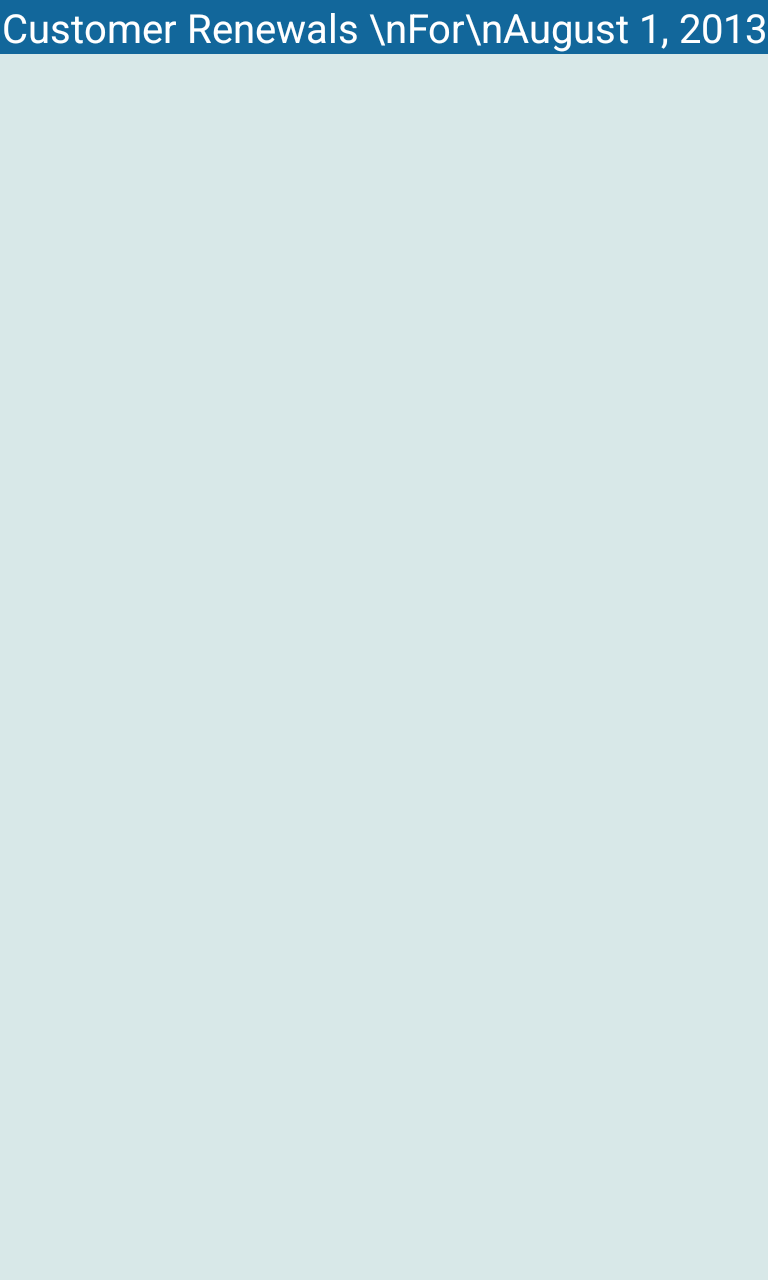
Repository: jemcphe/XCell
Layout: XCell/res/layout/frag_renewals.xml
An editor plug-in stored every save of this project. The layout is shown before and after the next save, followed by the edit.
It is drawn on a 768 x 1280 px phone screen (xhdpi) without system bars, with theme Theme.Xcell; the app's code is not run.

Above is the layout before, as saved 2013-08-15 16:09:01.

### XCell/res/layout/frag_renewals.xml
<?xml version="1.0" encoding="utf-8"?>
<LinearLayout xmlns:android="http://schemas.android.com/apk/res/android"
    android:id="@+id/frag_renewals"
    android:layout_width="match_parent"
    android:layout_height="match_parent"
    android:background="@color/background_xcell"
    android:orientation="vertical" >

    <TextView
        android:layout_width="fill_parent"
        android:layout_height="wrap_content"
        android:gravity="center"
        android:text="Customer Renewals \nFor\nAugust 1, 2013"
        android:textSize="20sp"
        android:textColor="#fff"
        android:background="@color/xcell_blue"/>

    <TextView
        android:layout_width="fill_parent"
        android:layout_height="wrap_content"
        android:gravity="center"
        android:textSize="115sp" />

</LinearLayout>

### XCell/res/values/styles_xcell.xml
<?xml version="1.0" encoding="utf-8"?>

<resources>

    <style name="Theme.Xcell" parent="@android:style/Theme.Holo.Light">
        <item name="android:actionBarItemBackground">@drawable/selectable_background_xcell</item>
        <item name="android:popupMenuStyle">@style/PopupMenu.Xcell</item>
        <item name="android:dropDownListViewStyle">@style/DropDownListView.Xcell</item>
        <item name="android:actionBarTabStyle">@style/ActionBarTabStyle.Xcell</item>
        <item name="android:actionDropDownStyle">@style/DropDownNav.Xcell</item>
        <item name="android:actionBarStyle">@style/ActionBar.Solid.Xcell</item>
        <item name="android:actionModeBackground">@drawable/cab_background_top_xcell</item>
        <item name="android:actionModeSplitBackground">@drawable/cab_background_bottom_xcell</item>
        <item name="android:actionModeCloseButtonStyle">@style/ActionButton.CloseMode.Xcell</item>


    </style>

    <style name="ActionBar.Solid.Xcell" parent="@android:style/Widget.Holo.Light.ActionBar.Solid">
        <item name="android:background">@drawable/ab_background_textured_xcell</item>
        <item name="android:backgroundStacked">@drawable/ab_stacked_solid_xcell</item>
        <item name="android:backgroundSplit">@drawable/ab_background_textured_xcell</item>
        <item name="android:progressBarStyle">@style/ProgressBar.Xcell</item>
    </style>

    <style name="ActionBar.Transparent.Xcell" parent="@android:style/Widget.Holo.Light.ActionBar">
        <item name="android:background">@drawable/ab_transparent_xcell</item>
        <item name="android:progressBarStyle">@style/ProgressBar.Xcell</item>
    </style>

    <style name="PopupMenu.Xcell" parent="@android:style/Widget.Holo.Light.ListPopupWindow">
        <item name="android:popupBackground">@drawable/menu_dropdown_panel_xcell</item>
    </style>

    <style name="DropDownListView.Xcell" parent="@android:style/Widget.Holo.Light.ListView.DropDown">
        <item name="android:listSelector">@drawable/selectable_background_xcell</item>
    </style>

    <style name="ActionBarTabStyle.Xcell" parent="@android:style/Widget.Holo.Light.ActionBar.TabView">
        <item name="android:background">@drawable/tab_indicator_ab_xcell</item>
    </style>

    <style name="DropDownNav.Xcell" parent="@android:style/Widget.Holo.Light.Spinner">
        <item name="android:background">@drawable/spinner_background_ab_xcell</item>
        <item name="android:popupBackground">@drawable/menu_dropdown_panel_xcell</item>
        <item name="android:dropDownSelector">@drawable/selectable_background_xcell</item>
    </style>

    <style name="ProgressBar.Xcell" parent="@android:style/Widget.Holo.Light.ProgressBar.Horizontal">
        <item name="android:progressDrawable">@drawable/progress_horizontal_xcell</item>
    </style>

    <style name="ActionButton.CloseMode.Xcell" parent="@android:style/Widget.Holo.Light.ActionButton.CloseMode">
        <item name="android:background">@drawable/btn_cab_done_xcell</item>
    </style>

    <!-- this style is only referenced in a Light.DarkActionBar based theme -->
    <style name="Theme.Xcell.Widget" parent="@android:style/Theme.Holo">
        <item name="android:popupMenuStyle">@style/PopupMenu.Xcell</item>
        <item name="android:dropDownListViewStyle">@style/DropDownListView.Xcell</item>
    </style>

</resources>

### XCell/res/drawable/selectable_background_xcell.xml
<?xml version="1.0" encoding="utf-8"?>
<!-- File created by the Android Action Bar Style Generator

     Copyright (C) 2011 The Android Open Source Project
     Copyright (C) 2012 readyState Software Ltd

     Licensed under the Apache License, Version 2.0 (the "License");
     you may not use this file except in compliance with the License.
     You may obtain a copy of the License at

          http://www.apache.org/licenses/LICENSE-2.0

     Unless required by applicable law or agreed to in writing, software
     distributed under the License is distributed on an "AS IS" BASIS,
     WITHOUT WARRANTIES OR CONDITIONS OF ANY KIND, either express or implied.
     See the License for the specific language governing permissions and
     limitations under the License.
-->

<selector xmlns:android="http://schemas.android.com/apk/res/android"
        android:exitFadeDuration="@android:integer/config_mediumAnimTime" >
    <item android:state_pressed="false" android:state_focused="true" android:drawable="@drawable/list_focused_xcell" />
    <item android:state_pressed="true" android:drawable="@drawable/pressed_background_xcell" />
    <item android:drawable="@android:color/transparent" />
</selector>

### XCell/res/drawable/btn_cab_done_xcell.xml
<?xml version="1.0" encoding="utf-8"?>
<!-- File created by the Android Action Bar Style Generator

     Copyright (C) 2011 The Android Open Source Project
     Copyright (C) 2012 readyState Software Ltd

     Licensed under the Apache License, Version 2.0 (the "License");
     you may not use this file except in compliance with the License.
     You may obtain a copy of the License at

          http://www.apache.org/licenses/LICENSE-2.0

     Unless required by applicable law or agreed to in writing, software
     distributed under the License is distributed on an "AS IS" BASIS,
     WITHOUT WARRANTIES OR CONDITIONS OF ANY KIND, either express or implied.
     See the License for the specific language governing permissions and
     limitations under the License.
-->

<selector xmlns:android="http://schemas.android.com/apk/res/android">
    <item android:state_pressed="true"
        android:drawable="@drawable/btn_cab_done_pressed_xcell" />
    <item android:state_focused="true" android:state_enabled="true"
        android:drawable="@drawable/btn_cab_done_focused_xcell" />
    <item android:state_enabled="true"
        android:drawable="@drawable/btn_cab_done_default_xcell" />
</selector>

### XCell/res/drawable/ab_background_textured_xcell.xml
<?xml version="1.0" encoding="utf-8"?>
<!-- File created by the Android Action Bar Style Generator

     Copyright (C) 2012 readyState Software Ltd

     Licensed under the Apache License, Version 2.0 (the "License");
     you may not use this file except in compliance with the License.
     You may obtain a copy of the License at

          http://www.apache.org/licenses/LICENSE-2.0

     Unless required by applicable law or agreed to in writing, software
     distributed under the License is distributed on an "AS IS" BASIS,
     WITHOUT WARRANTIES OR CONDITIONS OF ANY KIND, either express or implied.
     See the License for the specific language governing permissions and
     limitations under the License.
-->

<bitmap xmlns:android="http://schemas.android.com/apk/res/android"
    android:src="@drawable/ab_texture_tile_xcell"
    android:tileMode="repeat" />

### XCell/res/drawable/progress_horizontal_xcell.xml
<?xml version="1.0" encoding="utf-8"?>
<!-- File created by the Android Action Bar Style Generator

     Copyright (C) 2011 The Android Open Source Project
     Copyright (C) 2012 readyState Software Ltd

     Licensed under the Apache License, Version 2.0 (the "License");
     you may not use this file except in compliance with the License.
     You may obtain a copy of the License at

          http://www.apache.org/licenses/LICENSE-2.0

     Unless required by applicable law or agreed to in writing, software
     distributed under the License is distributed on an "AS IS" BASIS,
     WITHOUT WARRANTIES OR CONDITIONS OF ANY KIND, either express or implied.
     See the License for the specific language governing permissions and
     limitations under the License.
-->

<layer-list xmlns:android="http://schemas.android.com/apk/res/android">

    <item android:id="@android:id/background"
          android:drawable="@drawable/progress_bg_xcell" />

    <item android:id="@android:id/secondaryProgress">
        <scale android:scaleWidth="100%"
               android:drawable="@drawable/progress_secondary_xcell" />
    </item>

    <item android:id="@android:id/progress">
        <scale android:scaleWidth="100%"
               android:drawable="@drawable/progress_primary_xcell" />
    </item>

</layer-list>

### XCell/res/drawable/spinner_background_ab_xcell.xml
<?xml version="1.0" encoding="utf-8"?>
<!-- File created by the Android Action Bar Style Generator

     Copyright (C) 2011 The Android Open Source Project
     Copyright (C) 2012 readyState Software Ltd

     Licensed under the Apache License, Version 2.0 (the "License");
     you may not use this file except in compliance with the License.
     You may obtain a copy of the License at

          http://www.apache.org/licenses/LICENSE-2.0

     Unless required by applicable law or agreed to in writing, software
     distributed under the License is distributed on an "AS IS" BASIS,
     WITHOUT WARRANTIES OR CONDITIONS OF ANY KIND, either express or implied.
     See the License for the specific language governing permissions and
     limitations under the License.
-->

<selector xmlns:android="http://schemas.android.com/apk/res/android">
    <item android:state_enabled="false"
        android:drawable="@drawable/spinner_ab_disabled_xcell" />
    <item android:state_pressed="true"
        android:drawable="@drawable/spinner_ab_pressed_xcell" />
    <item android:state_pressed="false" android:state_focused="true"
        android:drawable="@drawable/spinner_ab_focused_xcell" />
    <item android:drawable="@drawable/spinner_ab_default_xcell" />
</selector>

### XCell/res/drawable/tab_indicator_ab_xcell.xml
<?xml version="1.0" encoding="utf-8"?>
<!-- File created by the Android Action Bar Style Generator

     Copyright (C) 2011 The Android Open Source Project
     Copyright (C) 2012 readyState Software Ltd

     Licensed under the Apache License, Version 2.0 (the "License");
     you may not use this file except in compliance with the License.
     You may obtain a copy of the License at

          http://www.apache.org/licenses/LICENSE-2.0

     Unless required by applicable law or agreed to in writing, software
     distributed under the License is distributed on an "AS IS" BASIS,
     WITHOUT WARRANTIES OR CONDITIONS OF ANY KIND, either express or implied.
     See the License for the specific language governing permissions and
     limitations under the License.
-->

<selector xmlns:android="http://schemas.android.com/apk/res/android">
    <!-- Non focused states -->
    <item android:state_focused="false" android:state_selected="false" android:state_pressed="false" android:drawable="@android:color/transparent" />
    <item android:state_focused="false" android:state_selected="true"  android:state_pressed="false" android:drawable="@drawable/tab_selected_xcell" />

    <!-- Focused states -->
    <item android:state_focused="true" android:state_selected="false" android:state_pressed="false" android:drawable="@drawable/tab_unselected_focused_xcell" />
    <item android:state_focused="true" android:state_selected="true"  android:state_pressed="false" android:drawable="@drawable/tab_selected_focused_xcell" />

    <!-- Pressed -->
    <!--    Non focused states -->
    <item android:state_focused="false" android:state_selected="false" android:state_pressed="true" android:drawable="@drawable/tab_unselected_pressed_xcell" />
    <item android:state_focused="false" android:state_selected="true"  android:state_pressed="true" android:drawable="@drawable/tab_selected_pressed_xcell" />

    <!--    Focused states -->
    <item android:state_focused="true" android:state_selected="false" android:state_pressed="true" android:drawable="@drawable/tab_unselected_pressed_xcell" />
    <item android:state_focused="true" android:state_selected="true"  android:state_pressed="true" android:drawable="@drawable/tab_selected_pressed_xcell" />
</selector>

### XCell/res/drawable/pressed_background_xcell.xml
<?xml version="1.0" encoding="utf-8"?>
<!-- File created by the Android Action Bar Style Generator

     Copyright (C) 2011 The Android Open Source Project
     Copyright (C) 2012 readyState Software Ltd

     Licensed under the Apache License, Version 2.0 (the "License");
     you may not use this file except in compliance with the License.
     You may obtain a copy of the License at

          http://www.apache.org/licenses/LICENSE-2.0

     Unless required by applicable law or agreed to in writing, software
     distributed under the License is distributed on an "AS IS" BASIS,
     WITHOUT WARRANTIES OR CONDITIONS OF ANY KIND, either express or implied.
     See the License for the specific language governing permissions and
     limitations under the License.
-->

<shape xmlns:android="http://schemas.android.com/apk/res/android" android:shape="rectangle">
    <solid android:color="@color/pressed_xcell" />
</shape>

### XCell/res/values/colors_xcell.xml
<?xml version="1.0" encoding="utf-8"?>
<!-- File created by the Android Action Bar Style Generator

     Copyright (C) 2011 The Android Open Source Project
     Copyright (C) 2012 readyState Software Ltd

     Licensed under the Apache License, Version 2.0 (the "License");
     you may not use this file except in compliance with the License.
     You may obtain a copy of the License at

          http://www.apache.org/licenses/LICENSE-2.0

     Unless required by applicable law or agreed to in writing, software
     distributed under the License is distributed on an "AS IS" BASIS,
     WITHOUT WARRANTIES OR CONDITIONS OF ANY KIND, either express or implied.
     See the License for the specific language governing permissions and
     limitations under the License.
-->

<resources>
    <color name="pressed_xcell">#CC33B5E5</color>
    <color name="background_xcell">#d8e8e8</color>
    <color name="xcell_blue">#12679b</color>
</resources>

After the next save:
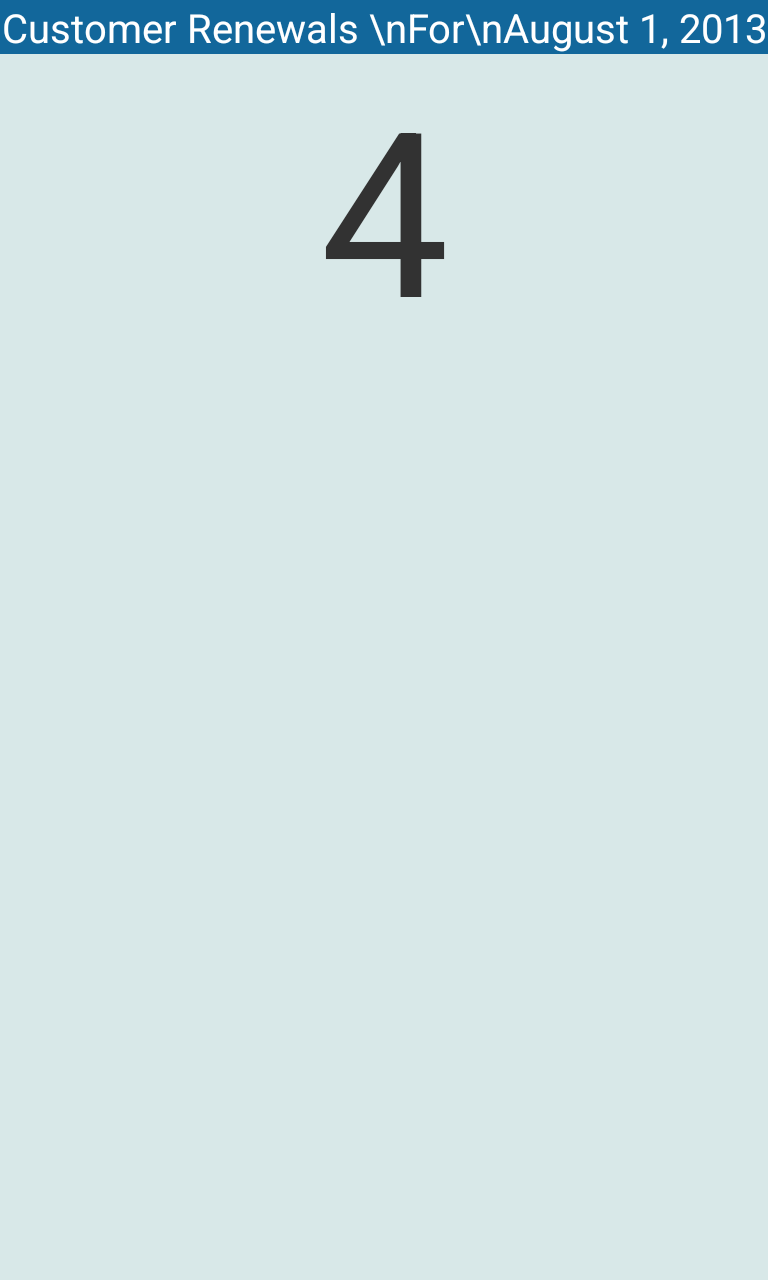
Saved 25 s later.
--- a/XCell/res/layout/frag_renewals.xml
+++ b/XCell/res/layout/frag_renewals.xml
@@ -19,6 +19,7 @@
         android:layout_width="fill_parent"
         android:layout_height="wrap_content"
         android:gravity="center"
-        android:textSize="115sp" />
+        android:textSize="115sp"
+        android:text="4" />
 
 </LinearLayout>
